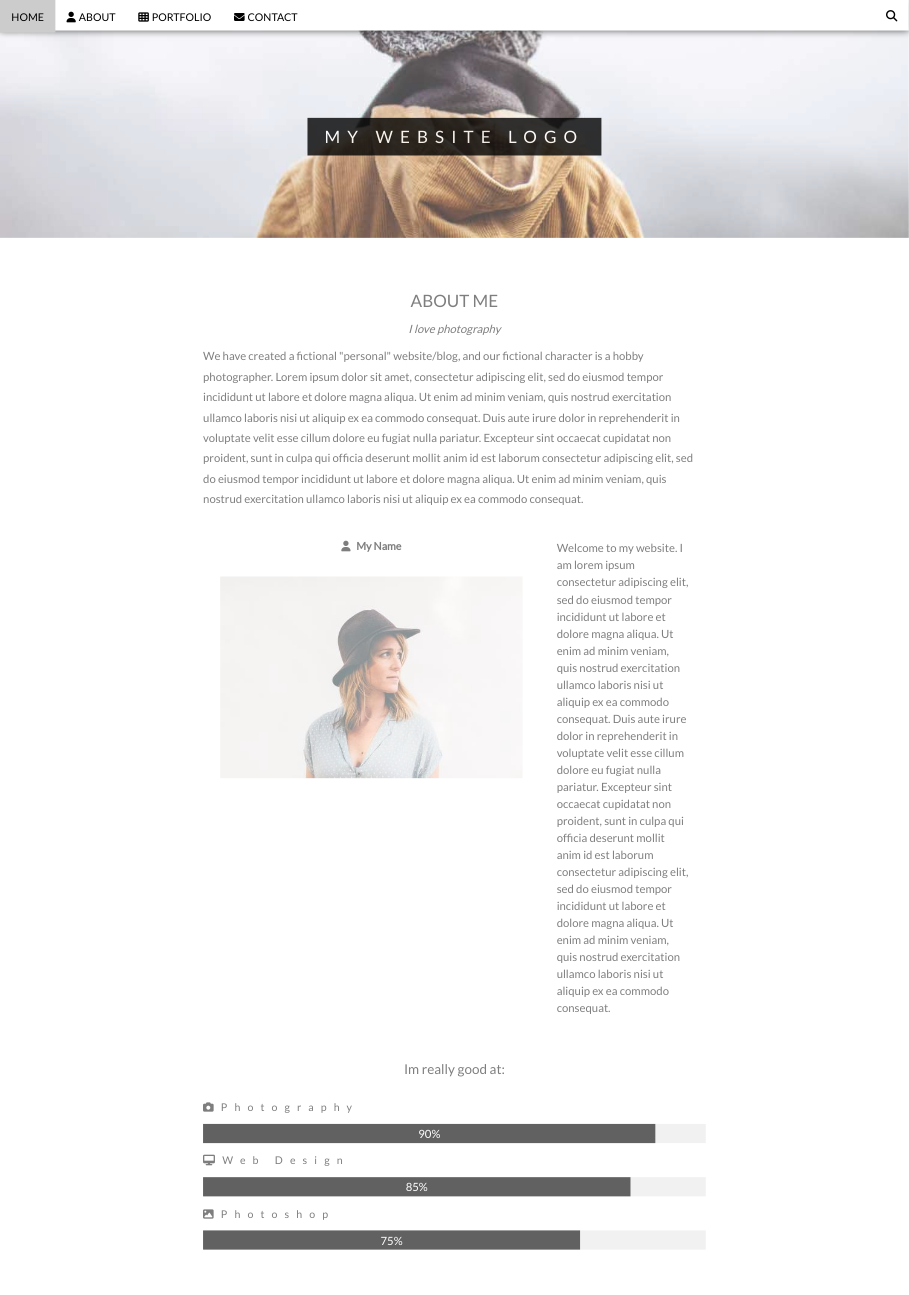
Repository: xd25vn/project-error
Page: index.html
These files come from the project's save history. The page is drawn as it stood at one moment and after the next save; the edit follows.
The browser window is 1280 px wide. The pictures show the whole page, at 71% of full size.

Above is the page before, as saved 2023-09-02 19:07:17.

After the next save:
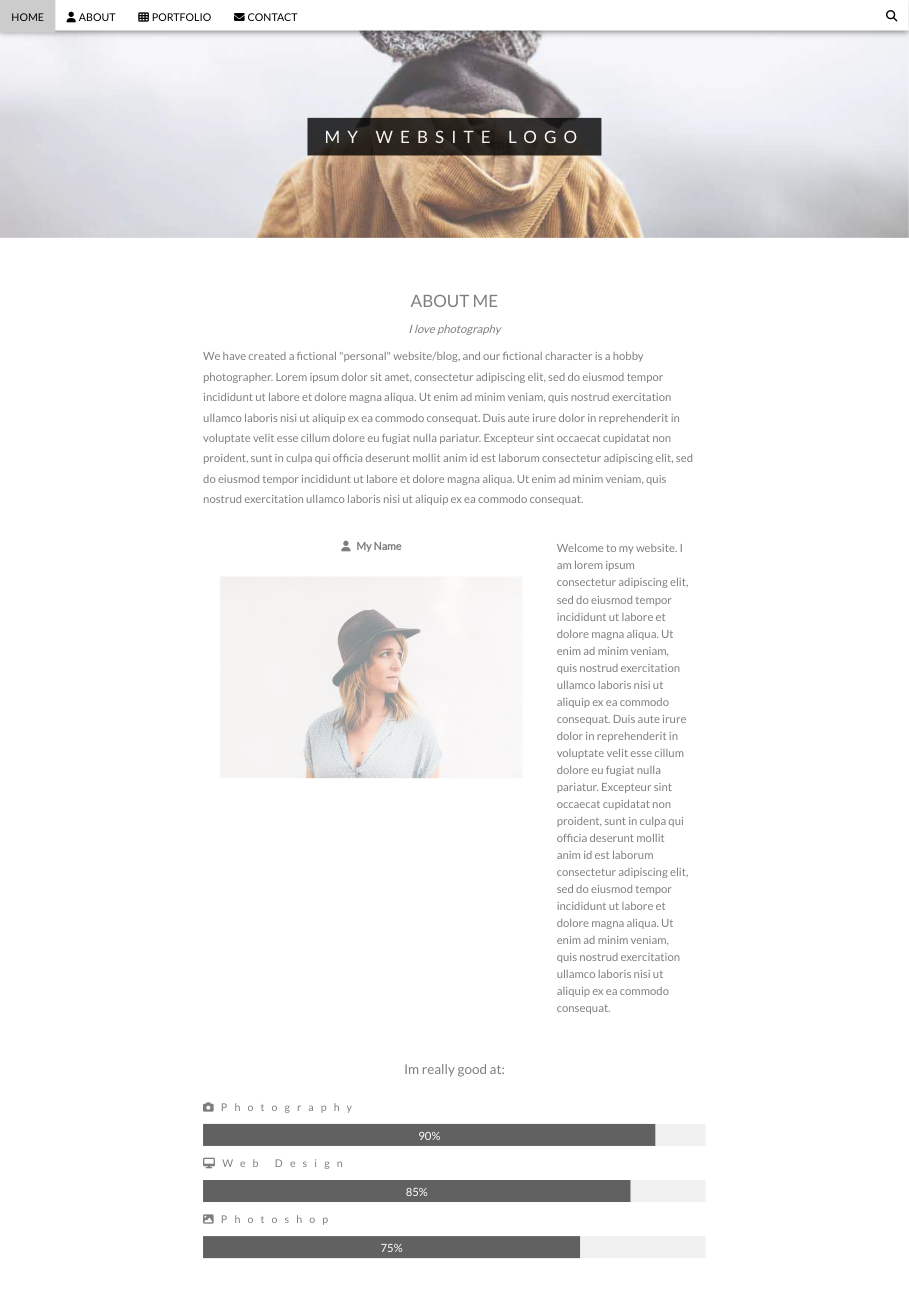
Saved 15 s later.
--- a/assets/main.css
+++ b/assets/main.css
@@ -177,21 +177,21 @@ header .nav-icon-search:hover i {
 .rate .rate-section .rate-section-bg .rate-section-sub-bg-one {
     background-color: #616161;
     width: 90%;
-    padding: 4px 8px;
+    padding: 6px 8px;
     text-align: center;
 }
 
 .rate .rate-section .rate-section-bg .rate-section-sub-bg-two {
     background-color: #616161;
     width: 85%;
-    padding: 4px 8px;
+    padding: 6px 8px;
     text-align: center;
 }
 
 .rate .rate-section .rate-section-bg .rate-section-sub-bg-three {
     background-color: #616161;
     width: 75%;
-    padding: 4px 8px;
+    padding: 6px 8px;
     text-align: center;
 }
 
